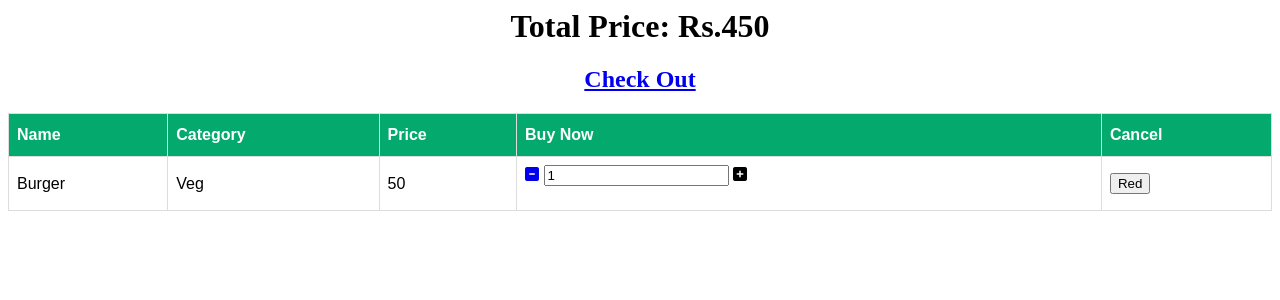
Repository: Shreya200012/FoodBox
Page: http://localhost/foodWeb/cart.jsp
These files come from the project's save history. The page is drawn as it stood at one moment and after the next save; the edit follows.
The browser window is 1280 px wide. The pictures show the whole page.
Some web libraries are served in a nearby version. The page is served by Tomcat 9. Other server files are loaded and not shown.

Above is the page before, as saved 2022-06-13 17:54:33.

### foodWeb/src/main/webapp/cart.jsp
<%@ page language="java" contentType="text/html; charset=ISO-8859-1"
    pageEncoding="ISO-8859-1"%>
<link rel="stylesheet" href="https://cdnjs.cloudflare.com/ajax/libs/font-awesome/6.1.1/css/all.min.css" />
<!DOCTYPE html>
<html>
<head>
<title>Cart Page</title>
<style>
#customers {
  font-family: Arial, Helvetica, sans-serif;
  border-collapse: collapse;
  width: 100%;
}

#customers td, #customers th {
  border: 1px solid #ddd;
  padding: 8px;
}

#customers tr:nth-child(even){background-color: #f2f2f2;}

#customers tr:hover {background-color: #ddd;}

#customers th {
  padding-top: 12px;
  padding-bottom: 12px;
  text-align: left;
  background-color: #04AA6D;
  color: white;
}
</style>
</head>
<body>
<div class="container">
<div class="d-flex py-3">
<h1 align="center">Total Price: Rs.450</h1>
<a class="mx-3 btn btn-primary" href="#" align="center"><h2>Check Out</h2></a>
</div>
<table id="customers">
<thead>
<tr>
<th scope="col">Name</th>
<th scope="col">Category</th>
<th scope="col">Price</th>
<th scope="col">Buy Now</th>
<th scope="col">Cancel</th>
</tr>
</thead>
<tbody>
<tr>
<td>Burger</td>
<td>Veg</td>
<td>50</td>
<td>
<form action="" method="post" class="form-inline">
<input type="hidden" name="id" value="1" class="form-input">
<div class="form-group d-flex justify-content-between">
<a class"btn btn-sm btn-decre" href=" "><i class="fas fa-minus-square"></i></a>
<input type="text" name="quantity" class="form-control" value="1" readonly>
<a class="btn btn-sm btn-incre"><i class="fas fa-plus-square"></i></a>
</td>
<td>
<button class="button button3">Red</button>
</td>


</div>

</form>

</tbody>
</table>

</div>



</body>

After the next save:
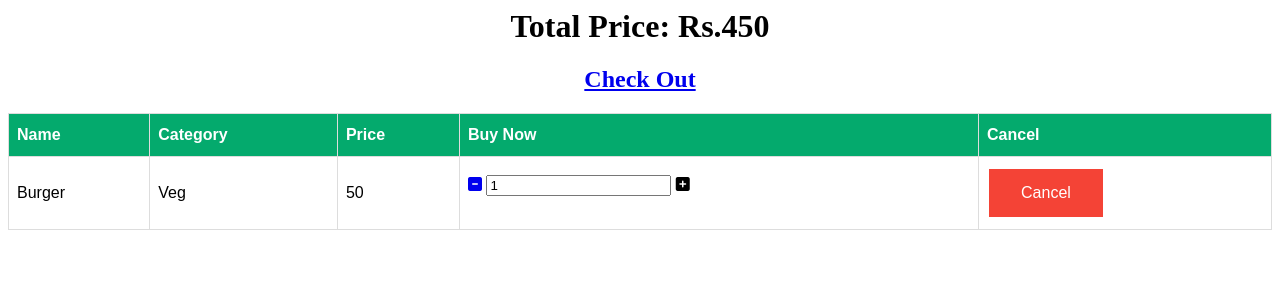
Saved 50 s later.
--- a/foodWeb/src/main/webapp/cart.jsp
+++ b/foodWeb/src/main/webapp/cart.jsp
@@ -28,6 +28,19 @@
   background-color: #04AA6D;
   color: white;
 }
+.button {
+  background-color: #4CAF50; /* Green */
+  border: none;
+  color: white;
+  padding: 15px 32px;
+  text-align: center;
+  text-decoration: none;
+  display: inline-block;
+  font-size: 16px;
+  margin: 4px 2px;
+  cursor: pointer;
+}
+.button3 {background-color: #f44336;} /* Red */
 </style>
 </head>
 <body>
@@ -60,7 +73,7 @@
 <a class="btn btn-sm btn-incre"><i class="fas fa-plus-square"></i></a>
 </td>
 <td>
-<button class="button button3">Red</button>
+<button class="button button3">Cancel</button>
 </td>
 
 
